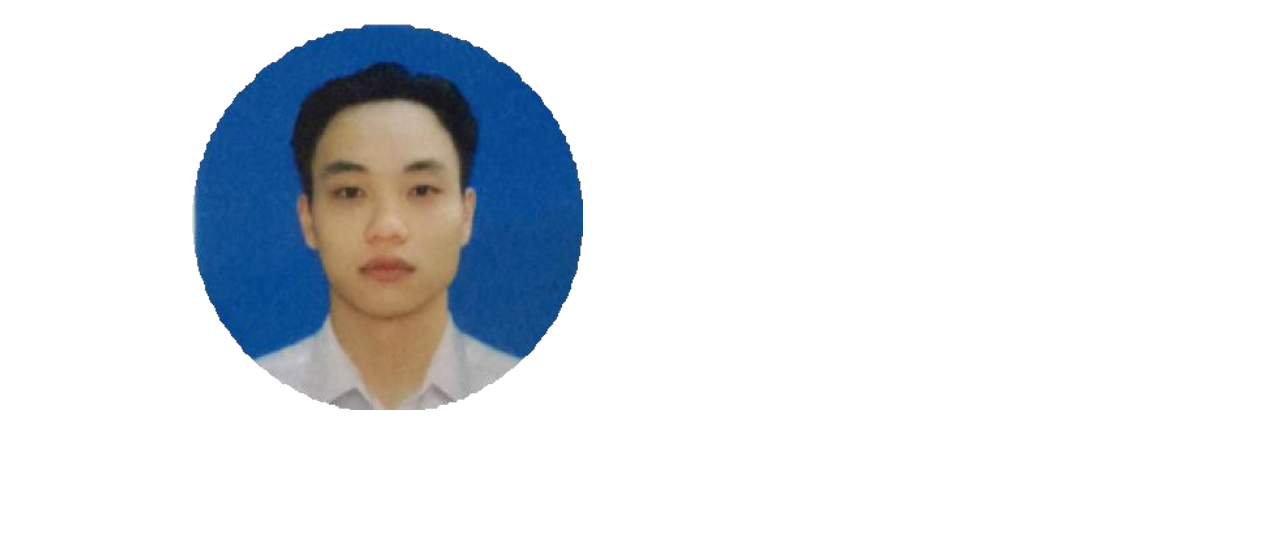
Repository: linhvuong864/profile
Page: Nguyen Tien Dung/index.html
An editor plug-in stored every save of this project. The page is shown before and after the next save, followed by the edit.
The browser window is 1280 px wide. The pictures show the whole page.

Above is the page before, as saved 2023-02-27 23:26:47.

### Nguyen Tien Dung/index.html
<!DOCTYPE html>
<html lang="en">
  <head>
    <meta charset="UTF-8" />
    <meta http-equiv="X-UA-Compatible" content="IE=edge" />
    <meta name="viewport" content="width=device-width, initial-scale=1.0" />
    <title>Document</title>
  </head>
  <body>
    <div class="container">
      <div class="profile-box">
        <img src="images/menu.png" class="menu-icon">
        <img src="images/setting.png" class="setting-icon">
        <img src="images/profile-pic.png" class="profile-pic">
      </div>
    </div>
  </body>
</html>

After the next save:
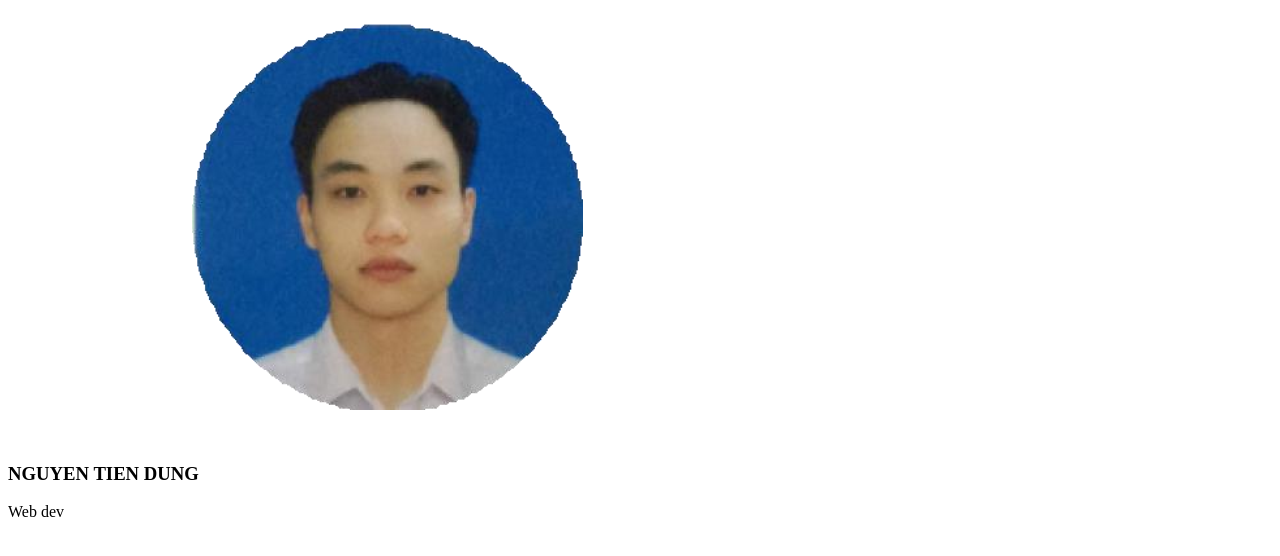
Saved 85 s later.
--- a/Nguyen Tien Dung/index.html
+++ b/Nguyen Tien Dung/index.html
@@ -4,7 +4,7 @@
     <meta charset="UTF-8" />
     <meta http-equiv="X-UA-Compatible" content="IE=edge" />
     <meta name="viewport" content="width=device-width, initial-scale=1.0" />
-    <title>Document</title>
+    <title>Profile: Nguyen Tien Dung</title>
   </head>
   <body>
     <div class="container">
@@ -12,6 +12,8 @@
         <img src="images/menu.png" class="menu-icon">
         <img src="images/setting.png" class="setting-icon">
         <img src="images/profile-pic.png" class="profile-pic">
+        <h3>NGUYEN TIEN DUNG</h3>
+        <p>Web dev</p>
       </div>
     </div>
   </body>
